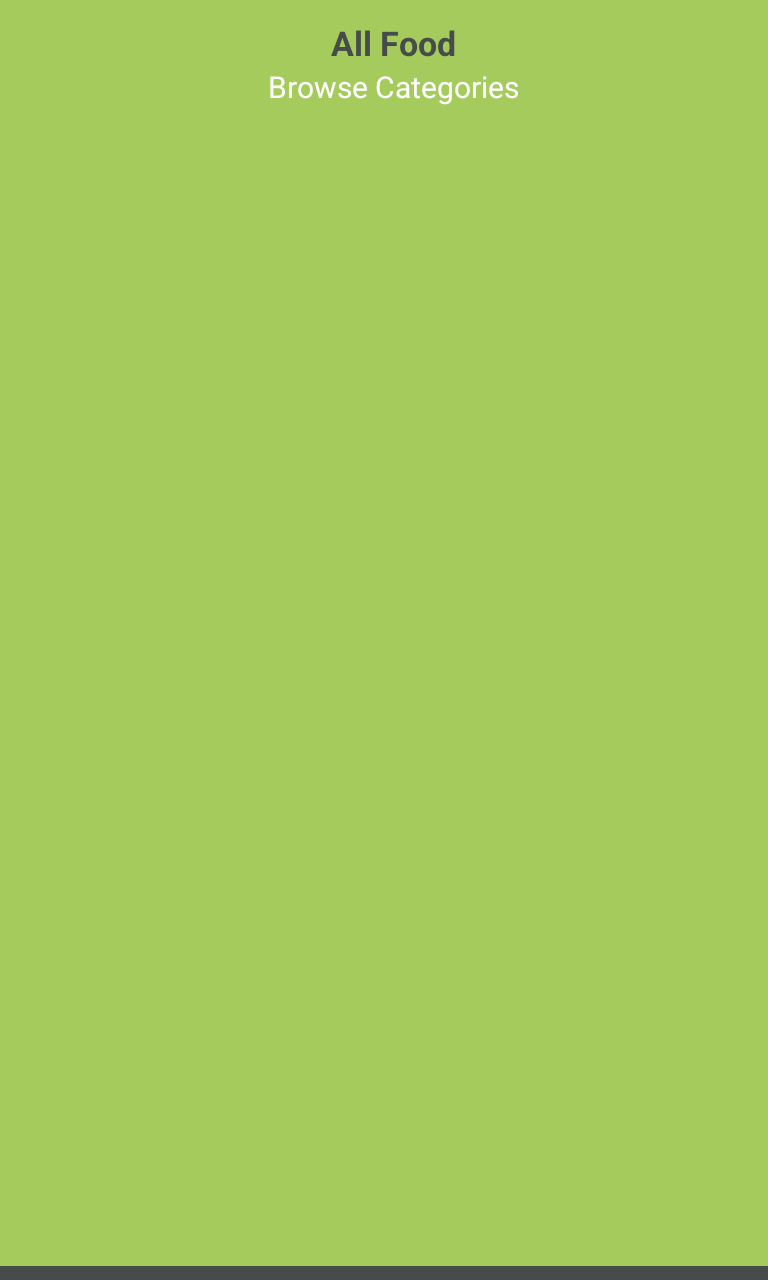
Repository: ShelfLifeApp/ShelfLife-Android
Layout: Implementation/ShelfLifeAndroid/res/layout/listview_header.xml
An editor plug-in stored every save of this project. The layout is shown before and after the next save, followed by the edit.
It is drawn on a 768 x 1280 px phone screen (xhdpi) without system bars, with theme Theme.Sherlock.Light; the app's code is not run.

Above is the layout before, as saved 2013-05-13 03:54:26.

### Implementation/ShelfLifeAndroid/res/layout/listview_header.xml
<?xml version="1.0" encoding="utf-8"?>
<LinearLayout xmlns:android="http://schemas.android.com/apk/res/android"
    android:layout_width="match_parent"
    android:layout_height="60dip"
    android:orientation="vertical"
    android:background="@drawable/list_header_background"
    >
    <LinearLayout
        android:layout_height="wrap_content"
        android:layout_width="match_parent"
        android:orientation="vertical"
        android:gravity="center"
        android:layout_gravity="center_vertical"
        android:paddingTop="10dip"
		android:paddingLeft="10dip"
        android:paddingBottom="10dip">
	    <TextView
	        android:id="@+id/listview_header_title"
	        android:layout_width="wrap_content"
	        android:layout_height="wrap_content"
	        android:text="All Food"
	        android:textSize="17sp"
	        android:textStyle="bold"
	        android:textColor="@color/list_header_title_color"
	    />

	    <TextView
	        android:id="@+id/listview_header_subtitle"
	        android:layout_width="wrap_content"
	        android:layout_height="wrap_content"
	        android:text="Browse Categories"
	        android:textSize="15sp"
	        android:textColor="@color/list_header_subtitle_color"
	    />
    </LinearLayout>

</LinearLayout>

### Implementation/ShelfLifeAndroid/res/drawable/list_header_background.xml
<?xml version="1.0" encoding="utf-8"?>
<layer-list xmlns:android="http://schemas.android.com/apk/res/android" >

    <!-- CREATE A RECTANGLE WITH YOUR BORDER COLOR -->
    <item>
        <shape android:shape="rectangle" >
            <solid android:color="@color/list_header_divider"/>
        </shape>
    </item>

    <!-- NOW DEFINE THE NORMAL COLOR-->
    <item android:bottom="7dp">
        <shape android:shape="rectangle" >
            <solid android:color="@color/list_header_background"/>
        </shape>
    </item>
</layer-list>

### Implementation/ShelfLifeAndroid/res/values/colors.xml
<?xml version="1.0" encoding="utf-8"?>
<resources>

    <color name="listitem_background_content">#FFFFFF</color>
    <color name="listitem_background">#f1f0f2</color>

    <color name="list_header_background">#a5cb5d</color>
    <color name="list_header_divider">#464c49</color>
    <color name="list_header_title_color">#464c49</color>
    <color name="list_header_subtitle_color">#ffffff</color>

</resources>

After the next save:
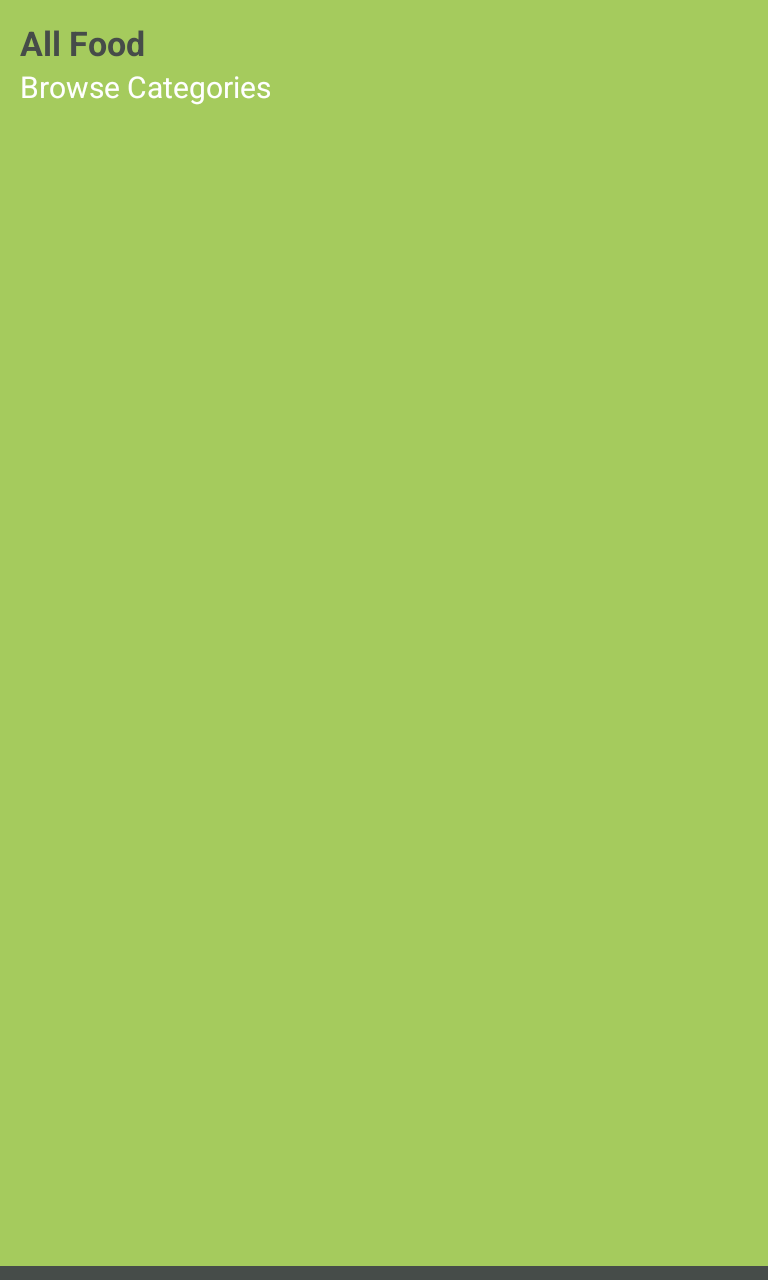
Saved 9 s later.
--- a/Implementation/ShelfLifeAndroid/res/layout/listview_header.xml
+++ b/Implementation/ShelfLifeAndroid/res/layout/listview_header.xml
@@ -9,7 +9,7 @@
         android:layout_height="wrap_content"
         android:layout_width="match_parent"
         android:orientation="vertical"
-        android:gravity="center"
+        android:gravity="center_vertical"
         android:layout_gravity="center_vertical"
         android:paddingTop="10dip"
 		android:paddingLeft="10dip"
